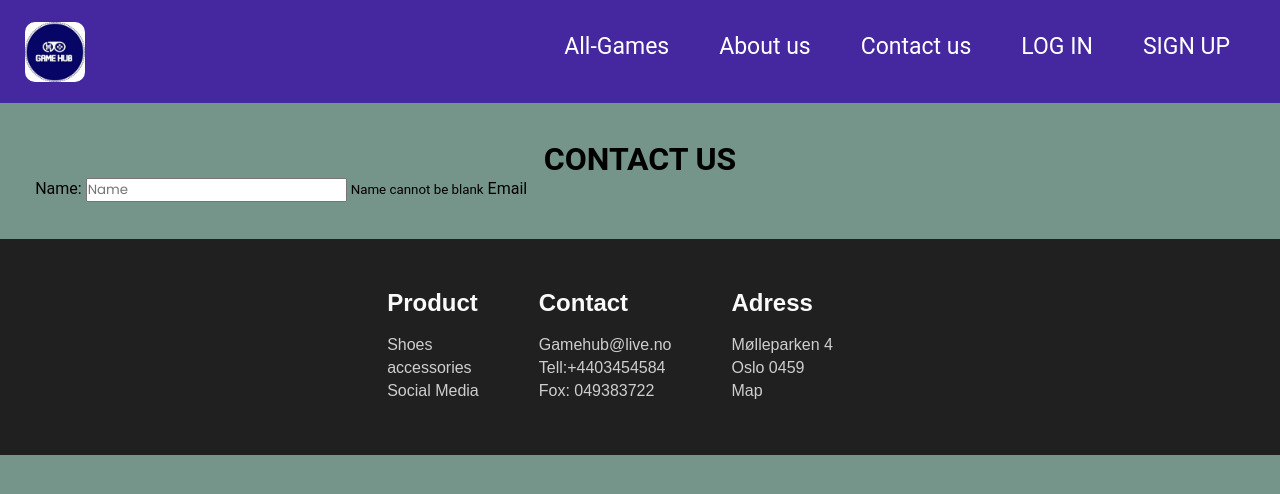
Repository: Fariaddd/HTML-CSS-reset
Page: concats.html
An editor plug-in stored every save of this project. The page is shown before and after the next save, followed by the edit.
The browser window is 1280 px wide. The pictures show the whole page.
Some web fonts or font styles are not loaded; a fallback is used. Some web libraries are served in a nearby version.

Above is the page before, as saved 2022-04-30 16:38:34.
Console error: SyntaxError: Unexpected end of input

### concats.html
<!DOCTYPE html>
<html lang="en">
  <head>
    <meta charset="UTF-8" />
    <meta http-equiv="X-UA-Compatible" content="IE=edge" />
    <meta name="viewport" content="width=device-width, initial-scale=1.0" />
    <title>Contact Form</title>
    <link rel="stylesheet" href="style/contact.css" />
    <link rel="stylesheet" href="style/login.css">
    <link rel="stylesheet" href="style/index.css" />
    <script defer src="script/login.js"></script>
    <script
      src="https://kit.fontawesome.com/64d58efce2.js"
      crossorigin="anonymous"
    ></script>
  </head>
  <header class="header">
    <div class="logo">
        <a href="./index.html">
          <img src="./img/Gamehub.png" alt="Gamehub-logo"
        /></a>
      </div>
      <div class="navigation">
          <input type="chechbox"
          class="toggle-menu">
          <div class="hamburger"></div>
        <ul class="menu">
          <li><a href="./all-games.html">All-Games</a></li>
          <li><a href="./about.html">About us</a></li>
          <li><a href="./concats.html">Contact us</a></li>
        </ul>
        <ul class="menu ">
            <li>
              <a href="./login.html" >LOG IN</a>
            </li>
            <li>
              <a href="./sign.html" >SIGN UP</a>
            </li>
      </div>
  </header>
  <body>
    <form>
      <h1>CONTACT US</h1>
      <label for="name">Name:</label>
      <input type="text" id="name" placeholder="Name" class="error-border">
      <small class="error">Name cannot be blank</small>
      <label for="email">Email</label>
    </form>
      <footer>
        <div class="footer-container">
          <nav class="footer-navv">
            <ul>
              <h3>Product</h3>
              <br />
              <li>Shoes</li>
              <li>accessories</li>
              <li>Social Media</li>
            </ul>
          </nav>
          <nav class="footer-navv">
            <ul>
              <h3>Contact</h3>
              <br />
              <li>Gamehub@live.no</li>
              <li>Tell:+4403454584</li>
              <li>Fox: 049383722</li>
            </ul>
          </nav>
          <nav class="footer-navv">
            <ul>
              <h3>Adress</h3>
              <br />
              <li>Mølleparken 4</li>
              <li>Oslo 0459</li>
              <li>Map</li>
            </ul>
          </nav>
        </div>
      </footer>
    <script src="./js/script.js"></script>
  </body>
</html>

### style/contact.css
@import url("https://fonts.googleapis.com/css2?family=Poppins:wght@100;200;300;400;500;600;700;800&display=swap");
* {
  margin: 0;
  padding: 0;
  box-sizing: border-box;
}
body,
input,
textarea {
  font-family: "Poppins";
}

.container {
  position: relative;
  width: 100%;
  min-height: 100vh;
  padding: 2rem;
  background-color: #fafafa;
  overflow: hidden;
  display: flex;
  align-items: center;
  justify-content: center;
}
.form {
  width: 100%;
  max-width: 820px;
  background-color: #fff;
  border-radius: 10px;
  box-shadow: 0 0 20px 1px rgba(0, 0, 0, 0.1);
  z-index: 1000;
  overflow: hidden;
  display: grid;
  grid-template-columns: repeat(2, 1fr);
}

.contact-form {
  background-color: #1abc9c;
  position: relative;
}
.circle {
  border-radius: 50%;
  background: linear-gradient(135deg, transparent 20%, #149279);
  position: absolute;
}

.circle.one {
  width: 130px;
  height: 130px;
  top: 130;
  right: -40px;
}

.circle.two {
  width: 80px;
  height: 80px;
  top: 10;
  right: 30px;
}

.contact-form:before {
  content: "";
  position: absolute;
  width: 26px;
  height: 26px;
  background-color: #1abc9c;
  transform: rotate(45deg);
  top: 50px;
  left: -13px;
}

form {
  padding: 2.3rem 2.2rem;
  z-index: 10;
  overflow: hidden;
  position: relative;
}

.tittle {
  color: #fff;
  font-weight: 500;
  font-size: 1.5rem;
  line-height: 1;
  margin-bottom: 0.7rem;
}
.input-container {
  position: relative;
  margin: 1rem 0;
}

.input {
  width: 100%;
  outline: none;
  border: 2px solid #fafafa;
  background: none;
  padding: 0.6rem 1.2rem;
  color: #fff;
  font-weight: 500;
  font-size: 0.95rem;
  letter-spacing: 0.5px;
  border-radius: 10px;
  transition: 0.3;
}

.textarea.input {
  padding: 0.8rem;
  min-height: 150px;
  border-radius: 22px;
  resize: none;
  overflow-y: auto;
}

.input-container label {
  position: absolute;
  top: 50%;
  left: 15px;
  transform: translateY(-50%);
  padding: 0 0.4rem;
  color: #fafafa;
  font-size: 0.9rem;
  font-weight: 400;
  pointer-events: none;
  z-index: 1000;
  transition: 0.5s;
}

.input-container.textarea label {
  top: 1rem;
  transform: translateY(0);
}
.btn {
  padding: 0.6rem 1.3rem;
  background-color: #fff;
  border: 2px solid #fafafa;
  font-size: 0.95rem;
  color: #1abc9c;
  line-height: 1;
  border-radius: 25px;
  outline: none;
  cursor: pointer;
  transition: 0.3s;
  margin: 0;
}

.btn:hover {
  background-color: transparent;
  color: #fff;
}

.input-container span {
  position: absolute;
  top: 0;
  left: 25px;
  transform: translateY(-50%);
  font-size: 0.8rem;
  padding: 0 0.4rem;
  color: transparent;
  pointer-events: none;
  z-index: 500;
}

.input-container span:before,
.input-container span:after {
  content: "";
  position: absolute;
  width: 10%;
  opacity: 0;
  transition: 0.3s;
  height: 5px;
  background-color: #1abc9c;
  top: 50%;
  transform: translateY(-50%);
}

.input-container span:before {
  left: 50%;
}

.input-container span:after {
  right: 50%;
}

.input-container.focus label {
  top: 0;
  transform: translateY(-50%);
  left: 25px;
  font-size: 0.8rem;
}

.input-container.focus span:before,
.input-container.focus span:after {
  width: 50%;
  opacity: 1;
}

@media (max-width: 768px) {
  .navbar {
    display: block;
  }
  .form {
    grid-template-columns: 1fr;
  }
  .contact-info:before {
    bottom: initial;
    top: -75px;
    right: 65px;
    transform: scale(0.95);
  }
  .contact-form:before {
    top: -13px;
    left: initial;
    right: 70px;
  }
}

@media (max-width: 480px) {
  .container {
    padding: 1.5rem;
  }

  .contact-info:before {
    display: none;
  }

  .title {
    font-size: 1.15rem;
  }
  .input {
    padding: 0.45rem 1.2rem;
  }

  .btn {
    padding: 0.45rem 1.2rem;
  }
}

### style/login.css
@import url("https://fonts.googleapis.com/css2?family=Hubballi&display=swap");

.section-container {
  width: 100%;
  display: flex;
  justify-content: center;
  font-family: "Hubballi", cursive;
}

.text-container {
  margin-top: 20px;
}

.container-input {
  display: flex;
  flex-direction: column;
  margin-top: 25px;
}
.input-box {
  width: 100%;
  border: 1px solid black;
  height: 40px;
}

#logginn-btn {
  background-color: rgb(32, 32, 32);
  color: white;
  margin-top: 25px;
  width: 150px;
  height: 40px;
}

#logginn-btn:hover {
  background-color: rgb(233, 132, 0);
}
p {
  margin-top: 5px;
}

.or-container {
  display: flex;
  flex-direction: row;
}

.or-box {
  background-color: white;
  margin: 10px 10px 50px 0px;
  border: 1px solid black;
  width: 150px;
  height: 40px;
}

### style/index.css
/*@import url("https://fonts.googleepis.com/css?family=roboto:300,400,500,600,700,800,900&display=swap");*/

* {
  font-family: "Roboto";
  margin: 0;
  padding: 0;
  box-sizing: border-box;
}

body {
  background-color: rgb(117, 148, 138);
}
.header {
  position: relative;
  width: 100%;
  display: flex;
  justify-content: space-between;
  align-items: center;
  background: #4527a0;
  padding: 0 25px;
  transition: 0.3s;
}

.logo a {
  display: block;
}

.logo a img {
  display: block;
  width: 60px;
  border-radius: 10px;
}

.navigation {
  display: flex;
  justify-content: space-between;
  align-items: center;
}
.menu {
  display: flex;
  justify-content: center;
  flex-direction: row;
  align-items: center;
  z-index: 1;
  transition: 0.5s;
}

.menu li {
  list-style-type: none;
}

.menu li a {
  color: #fff;
  text-decoration: none;
  display: block;
  padding: 30px 15px;
  font-size: 23px;
  line-height: 1;
  transition: 0.3s;
  padding: 35px 25px 45px 25px;
}

.menu li a:hover {
  box-shadow: 0 -5px 0 #fff inset, 500px 0 0 rgba(255, 255, 255, 0.03) inset;
}

.links {
  background-color: black;
  font-weight: bold;
  text-decoration: none;
  list-style-type: none;
}

.hamburger {
  position: relative;
  width: 30px;
  height: 4px;
  background: #fff;
  border-radius: 10px;
  cursor: pointer;
  z-index: 2;
  transition: 0.3s;
}

.hamburger:before,
.hamburger:after {
  content: "";
  position: absolute;
  height: 4px;
  right: 0;
  background: #fff;
  border-radius: 10px;
  transition: 0.3s;
}

.hamburger:before {
  top: -10px;
  width: 20px;
}
.hamburger:after {
  top: 10px;
  width: 20px;
}

.toggle-menu {
  position: absolute;
  width: 30px;
  height: 100%;
  z-index: 3;
  cursor: pointer;
  opacity: 0;
}

.hamburger,
.toggle-menu {
  display: none;
}

.navigation input:checked ~ .hamburger {
  background: transparent;
}

.navigation input:checked ~ .hamburger:before {
  top: 0;
  transform: rotate(-45deg);
  width: 30px;
}
.navigation input:checked ~ .hamburger:after {
  top: 0;
  transform: rotate(45deg);
  width: 30px;
}

.navigation input:checked ~ .menu {
  right: 0;
  box-shadow: -20px 0 40px rgba(0, 0, 0, 0.3);
}

/* main section */

.container {
  display: flex;
  justify-content: center;

  margin: 50px 100px;
}

.div-container {
  margin: 5px;
  width: 100%;
}

.img {
  width: 100%;
  height: 250px;
  object-fit: cover;
}

.text {
  margin-left: 10px;
}

button {
  margin-top: 10px;
  width: 150px;
  height: 40px;
}

h1 {
  text-align: center;
  text-decoration: none;
}
h2 {
  margin: 0;
}
p {
  margin: 0;
}
@media screen and (max-width: 768px) {
  .container {
    flex-direction: column;
    margin: 0px;
    text-align: center;
  }
}

/*footer*/

.footer-container {
  height: auto;
  background-color: rgb(32, 32, 32);
  display: flex;
  justify-content: center;
}

.footer-navv {
  margin: 50px 60px 50px 0px;
}
h3 {
  font-family: "League Spartan", sans-serif;
  font-size: 24px;
  color: rgb(250, 250, 250);
}

.footer-navv li {
  color: rgb(206, 206, 206);
  text-decoration: none;
  list-style: none;
  font-family: "League Spartan", sans-serif;
  font-size: 16px;
  margin-bottom: 5px;
}

@media screen and (max-width: 768px) {
  .footer-nav:nth-child(1) {
    display: none;
  }
}
@media screen and (max-width: 460px) {
  .footer-container {
    flex-direction: column;
    align-items: center;
  }
}

@media screen and (max-width: 768px) {
  .hamburger,
  .toggle-menu {
    display: block;
  }

  .header {
    padding: 10px 20px;
  }
  .menu {
    justify-content: start;
    flex-direction: column;
    align-items: center;
    position: fixed;
    top: 0;
    right: -300px;
    background: #4527a0;
    width: 300px;
    height: 100%;
    padding-top: 65px;
  }
  .menu li {
    width: 100%;
  }
  .menu li a,
  .menu li a:hover {
    padding: 30px;
    font-size: 24px;
    box-shadow: 0 1px 0 rgba(255, 255, 255, 0.1);
  }
}

/*Buy-game page*/
.img {
  background-image: url(/img/game.png);
}

### script.js
successful - wing.flywheelsites.com

const url = 'https://successful-wing.flywheelsites.com/wp-json/wc/store/products'

async function

### script/login.js
const email = document.getElementById("email")
const password = document.getElementById("password")
const form = document.getElementById("form")
const errorElement = document.getElementById("error")


form.addEventListener("logginn", (e) => {
    let messages = []
    if (email.value === "" || email.value == null) {
        console.log("Email is required");
    }

    if (password.value.length > 0) {
        console.log("Password is required");
    }
})

After the next save:
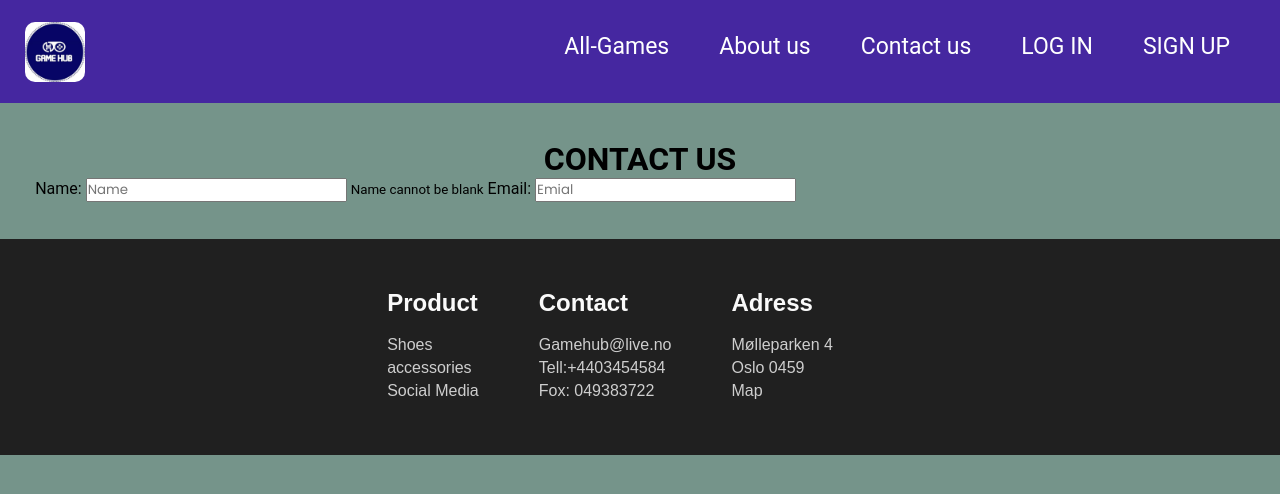
Saved 43 s later.
--- a/concats.html
+++ b/concats.html
@@ -44,7 +44,8 @@
       <label for="name">Name:</label>
       <input type="text" id="name" placeholder="Name" class="error-border">
       <small class="error">Name cannot be blank</small>
-      <label for="email">Email</label>
+      <label for="email">Email:</label>
+      <input type="text" id="email" placeholder="Emial">
     </form>
       <footer>
         <div class="footer-container">
